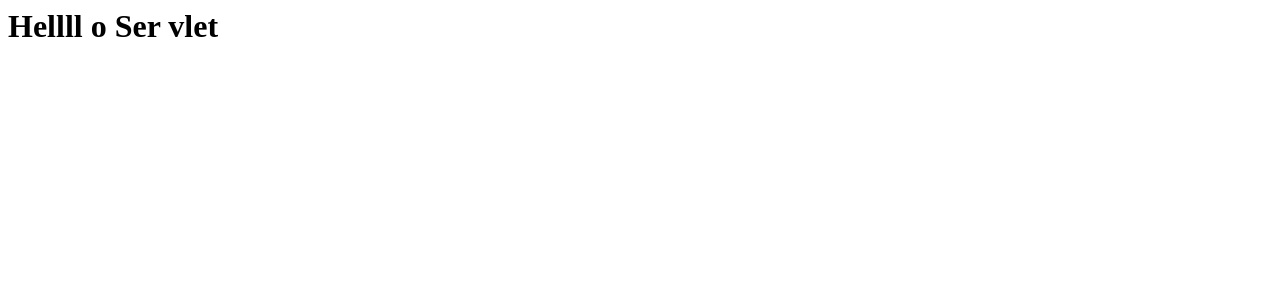
Repository: pencil-HB/SSAFY_Backend
Page: http://localhost/BackendProject/hi
An editor plug-in stored every save of this project. The page is shown before and after the next save, followed by the edit.
The browser window is 1280 px wide. The pictures show the whole page.
The page is served by Tomcat 10. Other server files are loaded and not shown.

Above is the page before, as saved 2024-09-23 03:16:41.

### BackendProject/src/main/java/com/basic/HelloServlet.java
package com.basic;

import jakarta.servlet.ServletException;
import jakarta.servlet.annotation.WebServlet;
import jakarta.servlet.http.HttpServlet;
import jakarta.servlet.http.HttpServletRequest;
import jakarta.servlet.http.HttpServletResponse;
import java.io.IOException;
import java.io.PrintWriter;

@WebServlet("/hi")
public class HelloServlet extends HttpServlet {

	//서비스 메소드 : 클라이언트로부터 요청이들어왔을 때 응답을 만들어내는 메소드.
	//request : 클라이언트에서 서버로 들어오는 '요청'과 관련된 모든 정보를 가지고 있는 객체
	//response : 서버에서 클라이언트로 나가는 '응답'과 관련된 모든 정보를 가지고 있는 객체
	protected void doGet(HttpServletRequest request, HttpServletResponse response) throws ServletException, IOException {
		// 1.서버에서 클라이언트로 보내는 응답의 컨텐트 타입 지정
		response.setContentType("text/html;charset=utf-8");//MIME TYPE

		// 2.클라이언트로 보낼 컨텐트의 출력을 위해 출력용 스트림 준비
		PrintWriter out = response.getWriter();

		// 3.스트림으로 보낼 내용 출력
		out.println("<html><body>");
		out.println("<h1>Hellll o Ser   vlet</h1>");
		out.println("</html></body>");
	}

	protected void doPost(HttpServletRequest request, HttpServletResponse response) throws ServletException, IOException {
		// TODO Auto-generated method stub
		System.out.println("Do Post");
	}

}

After the next save:
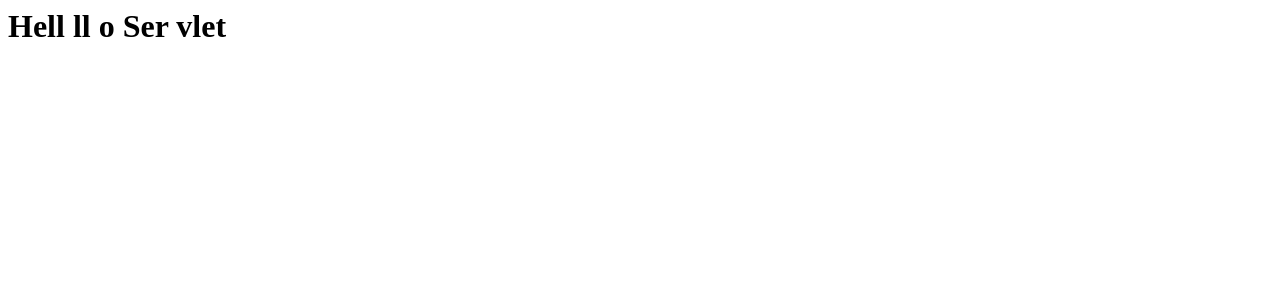
Saved 15 s later.
--- a/BackendProject/src/main/java/com/basic/HelloServlet.java
+++ b/BackendProject/src/main/java/com/basic/HelloServlet.java
@@ -23,7 +23,7 @@ public class HelloServlet extends HttpServlet {
 
 		// 3.스트림으로 보낼 내용 출력
 		out.println("<html><body>");
-		out.println("<h1>Hellll o Ser   vlet</h1>");
+		out.println("<h1>Hell ll o Ser   vlet</h1>");
 		out.println("</html></body>");
 	}
 
